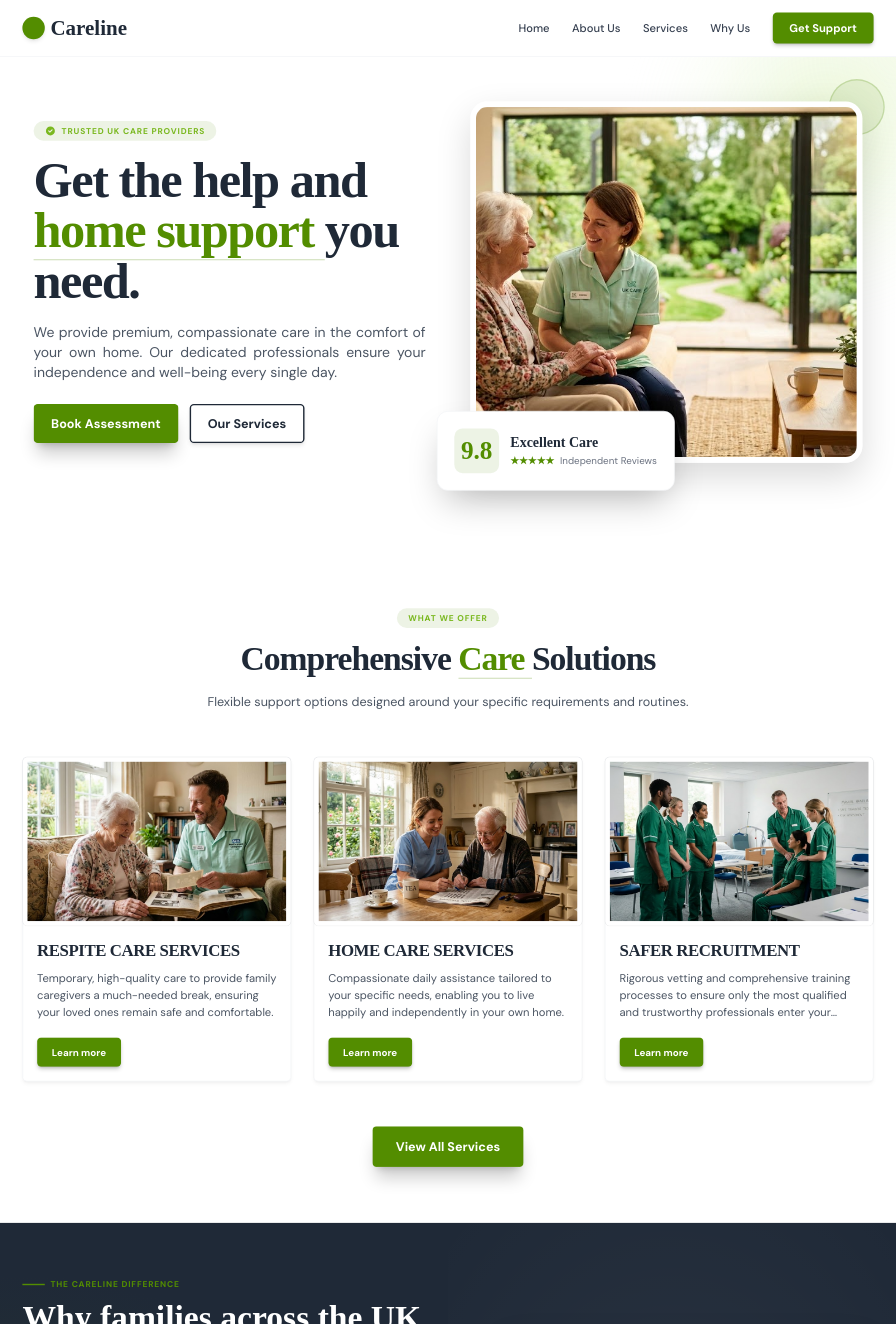
Repository: Iqbalhossen07/care
Page: http://localhost/
These files come from the project's save history. The page is drawn as it stood at one moment and after the next save; the edit follows.
The browser window is 1280 px wide. The pictures show the part of the page from y = 0 to 1891 px (the page is 6999 px tall before and 6998 px after), at 70% of full size.
Pictures or frames that could not be fetched are drawn as grey boxes. Some web fonts or font styles are not loaded; a fallback is used. Some web libraries are served in a nearby version. The page is run by PHP 8.4 with error messages shown; the project is at /var/www/html/.

Above is the page before, as saved 2026-02-28 03:26:14.

### head.php
<head>
    <meta charset="UTF-8">
    <meta name="viewport" content="width=device-width, initial-scale=1.0">
    <title>Careline | Premium UK Home Support</title>
    <link
        href="https://fonts.googleapis.com/css2?family=DM+Sans:wght@400;500;700&family=PT+Serif:ital,wght@0,400;0,700;1,400&display=swap"
        rel="stylesheet">
    <script src="https://cdn.tailwindcss.com"></script>
    <script>
    tailwind.config = {
        theme: {
            extend: {
                colors: {
                    brand: '#538d00',
                    brandDark: '#7ab81f',
                    darkText: '#1f2937',
                    lightBg: '#f9fafb'
                },
                fontFamily: {
                    heading: ['"PT Serif"', 'serif'],
                    body: ['"DM Sans"', 'sans-serif'],
                }
            }
        }
    }
    </script>

    <style>
    @keyframes scroll-left {
        0% {
            transform: translateX(0);
        }

        100% {
            transform: translateX(-50%);
        }
    }

    .animate-marquee {
        display: flex;
        width: max-content;
        animation: scroll-left 60s linear infinite;
    }

    .animate-marquee:hover {
        animation-play-state: paused;
        /* Pause on hover so users can read */
    }
    </style>
</head>

Loaded but not shown: index.php (1458 lines, source omitted)

After the next save:
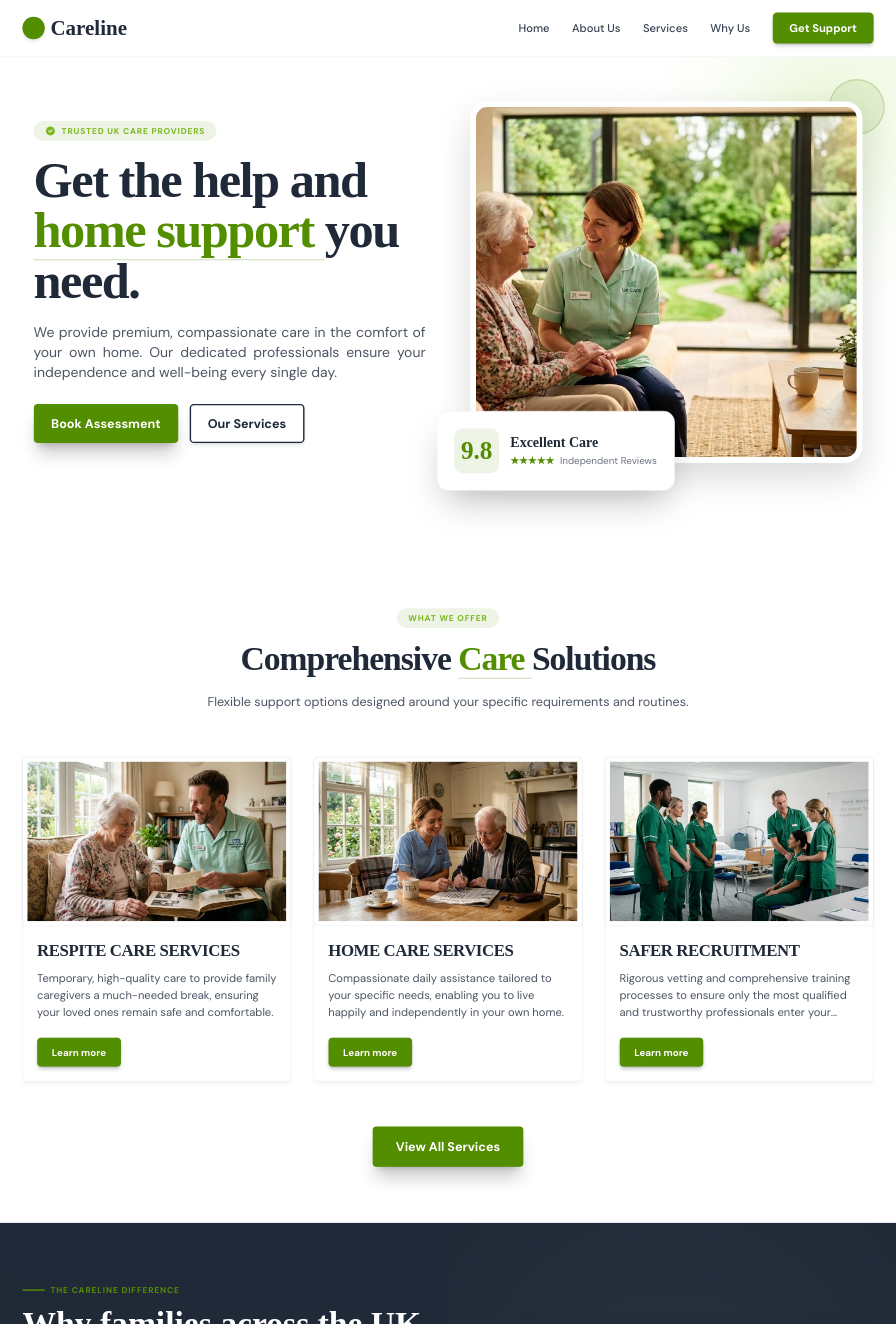
Saved 7 s later.
--- a/head.php
+++ b/head.php
@@ -1,3 +1,6 @@
+<!DOCTYPE html>
+<html lang="en" class="scroll-smooth">
+
 <head>
     <meta charset="UTF-8">
     <meta name="viewport" content="width=device-width, initial-scale=1.0">
